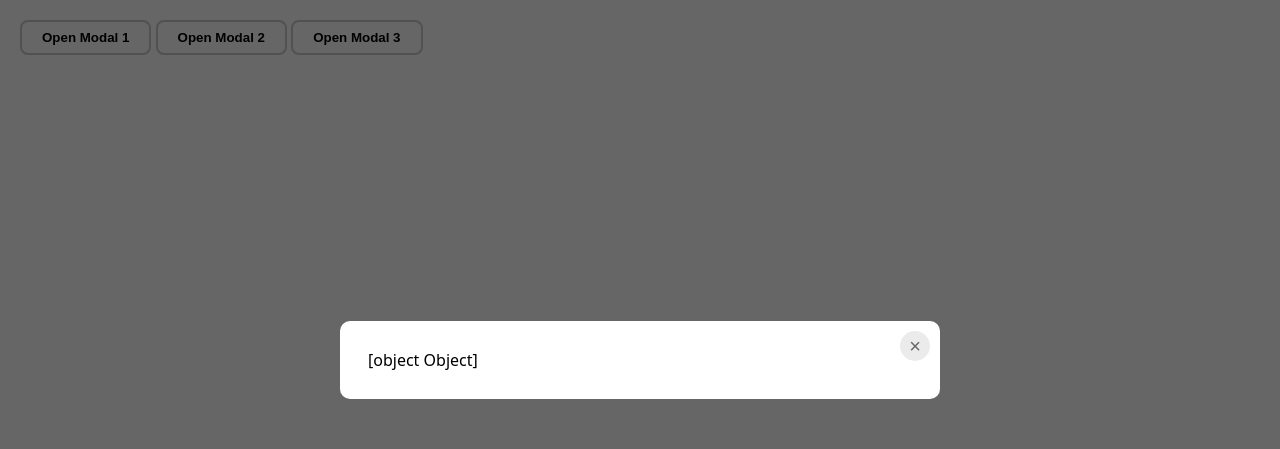
Repository: hoangan3526/Javascript-project
Page: index.html
An editor plug-in stored every save of this project. The page is shown before and after the next save, followed by the edit.
The browser window is 1280 px wide. The pictures show the whole page.
After loading, the first visible `#open-modal-1` was clicked once.

Above is the page before, as saved 2026-04-08 09:59:18.

After the next save:
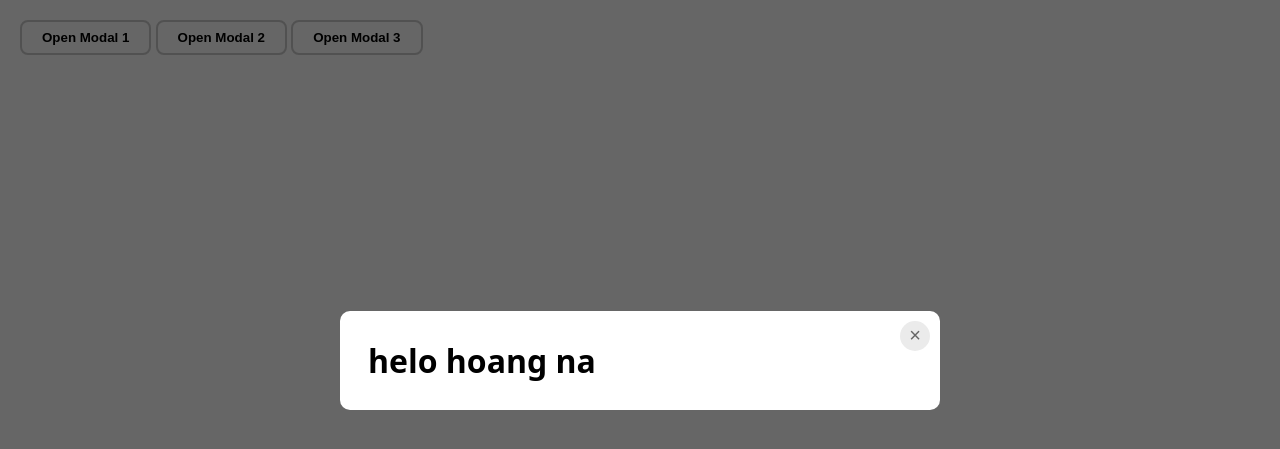
Saved 115 s later.
--- a/main.js
+++ b/main.js
@@ -51,12 +51,11 @@ function Modal(){
 const modal = new Modal();
 
 $('#open-modal-1').onclick = () =>{
-    // modal.openModal("<h1>helo hoang na</h1>");
-    modal.openModal({
-        template : 'modal-1',
-    })
+    modal.openModal("<h1>helo hoang na</h1>");
 }
-const container = document.createDocumentFragment();
-
-const story = $('#modal-1');
-console.log(story.content.children[1]);
+$('#open-modal-2').onclick = () =>{
+    modal.openModal("<h1>helo hoang an</h1>");
+}
+$('#open-modal-3').onclick = () =>{
+    modal.openModal("<h1>helo hoang vy</h1>");
+}
